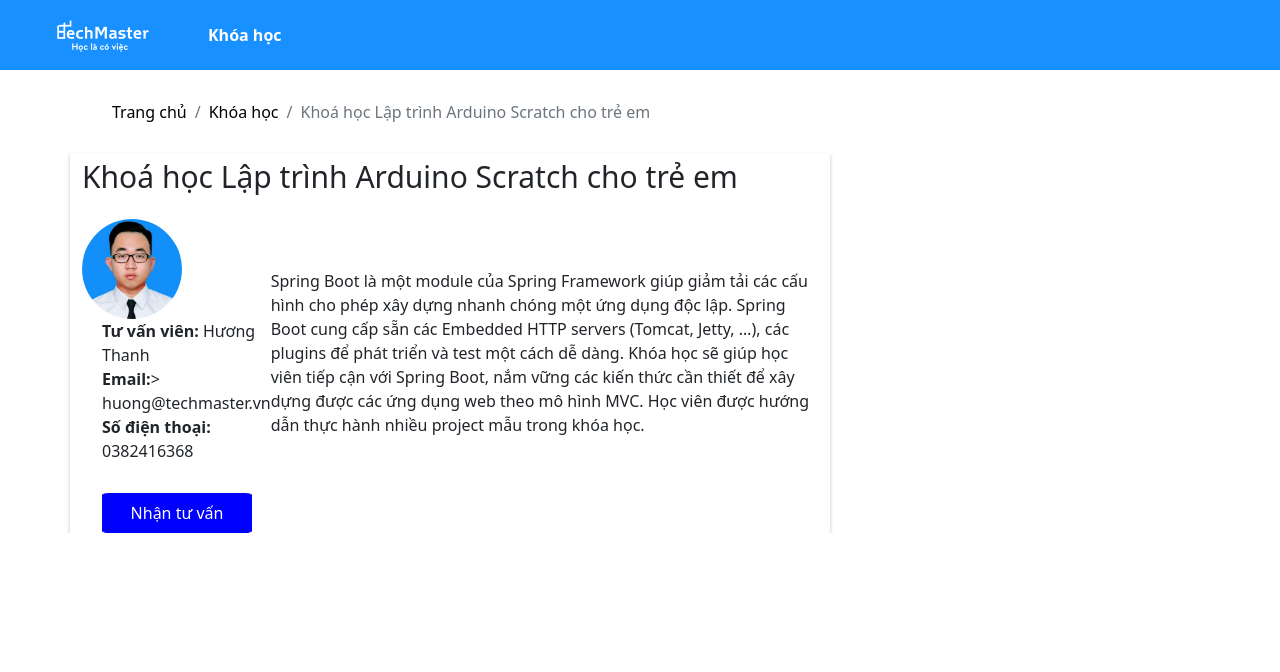
Repository: khanhnahk306/khanhnahk.github.io
Page: Clone_Techmaster/html/kid.html
These files come from the project's save history. The page is drawn as it stood at one moment and after the next save; the edit follows.
The browser window is 1280 px wide. The pictures show the whole page.

Above is the page before, as saved 2022-06-10 13:28:13.

After the next save:
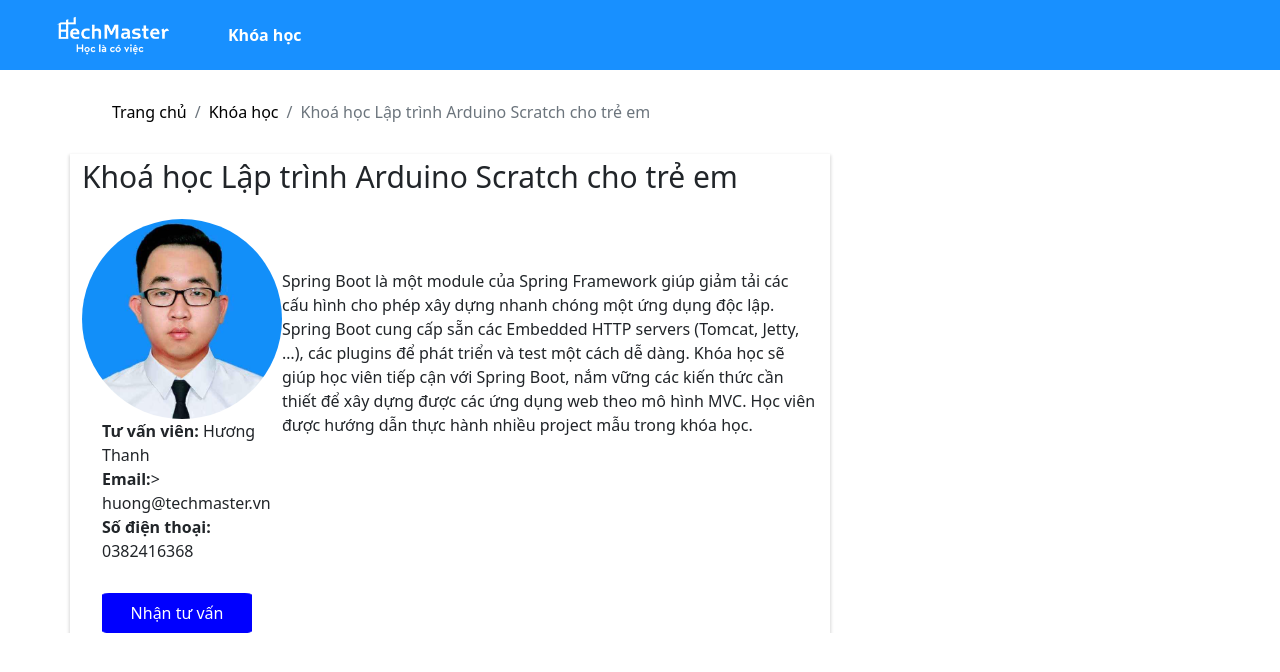
Saved 41 s later.
--- a/Clone_Techmaster/html/kid.html
+++ b/Clone_Techmaster/html/kid.html
@@ -39,7 +39,7 @@
         }
 
         img {
-            max-width: 100px;
+            max-width: 200px;
             border-radius: 50%;
             -moz-border-radius: 50%;
             -webkit-border-radius: 50%;
